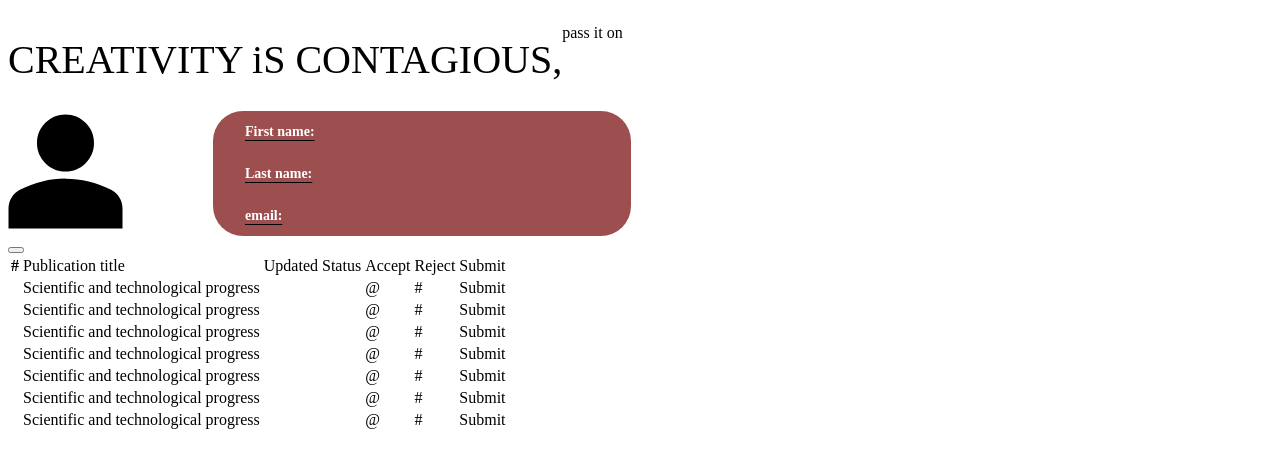
Repository: ceo-of-albeni/articles
Page: /
An editor plug-in stored every save of this project. The page is shown before and after a run of saves, followed by the edit.
The browser window is 1280 px wide. The pictures show the whole page.
The project was rebuilt for these pictures with package versions that can differ from the ones it lists, and the page was loaded fresh each time.

Above is the page before, as saved 2023-05-10 23:36:02.

After the next 2 saves:
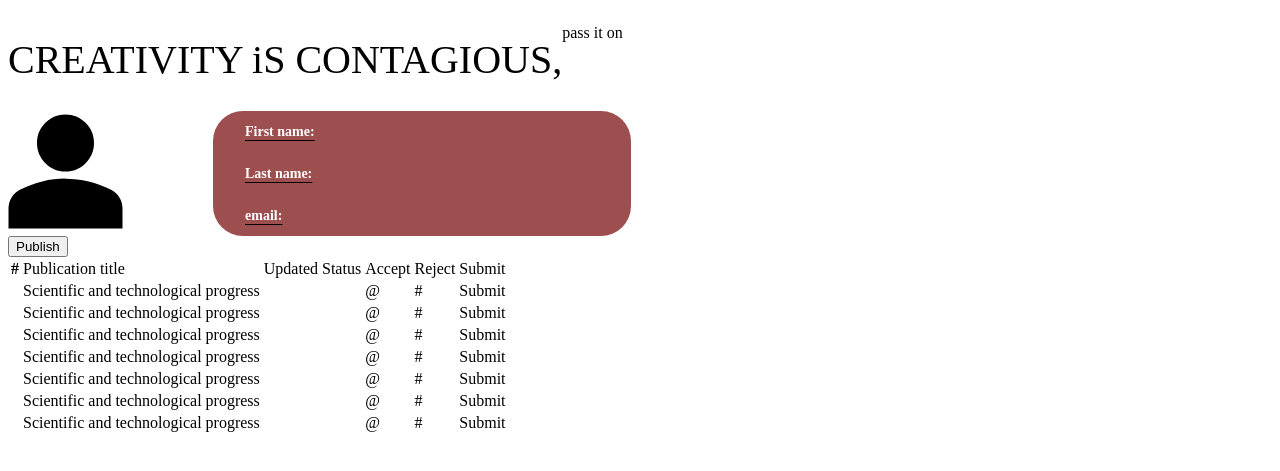
The 2 saves are shown as one change because they came seconds apart.
The last was saved 9 s later.
--- a/src/reviewer's profil/reveiwer.jsx
+++ b/src/reviewer's profil/reveiwer.jsx
@@ -21,7 +21,7 @@ export default function Reviewer() {
                 </div>
                 <div className="button_publish">
                     <button>
-
+                        Publish
                     </button>
                 </div>
                 <div className="table">
